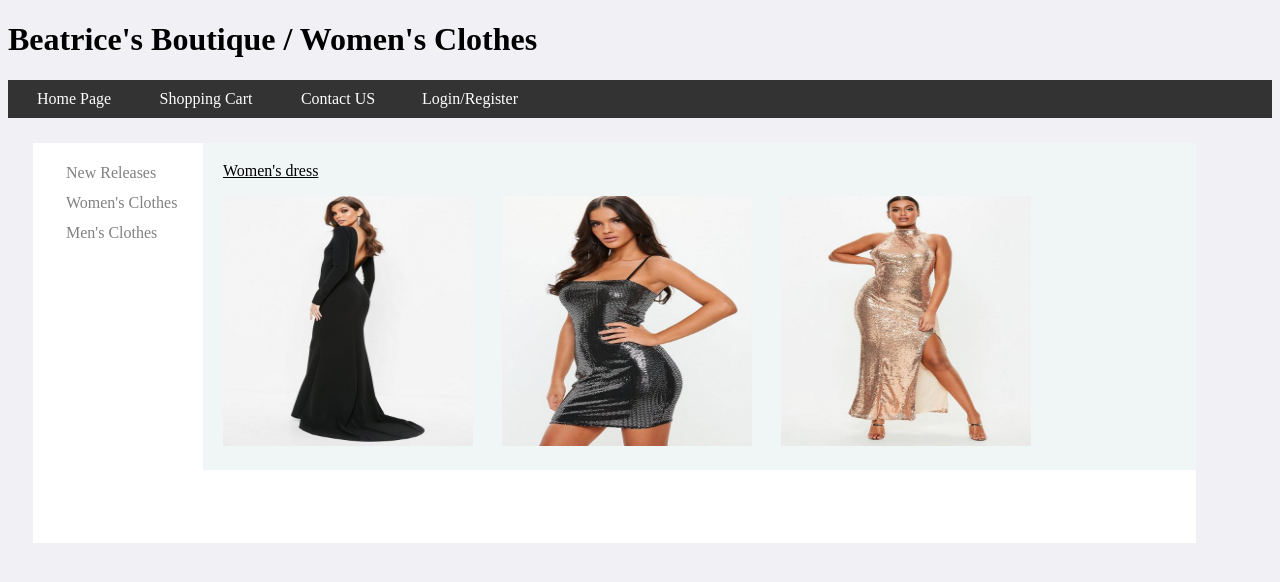
Repository: IosifDobos/Beatrice-Boutique
Page: BeatriceBoutique/Java/WorkSpace/BeatriceBoutique/WebContent/womensClothes.html
These files come from the project's save history. The page is drawn as it stood at one moment and after the next save; the edit follows.
The browser window is 1280 px wide. The pictures show the whole page.

Above is the page before, as saved 2018-12-04 17:12:26.

After the next save:
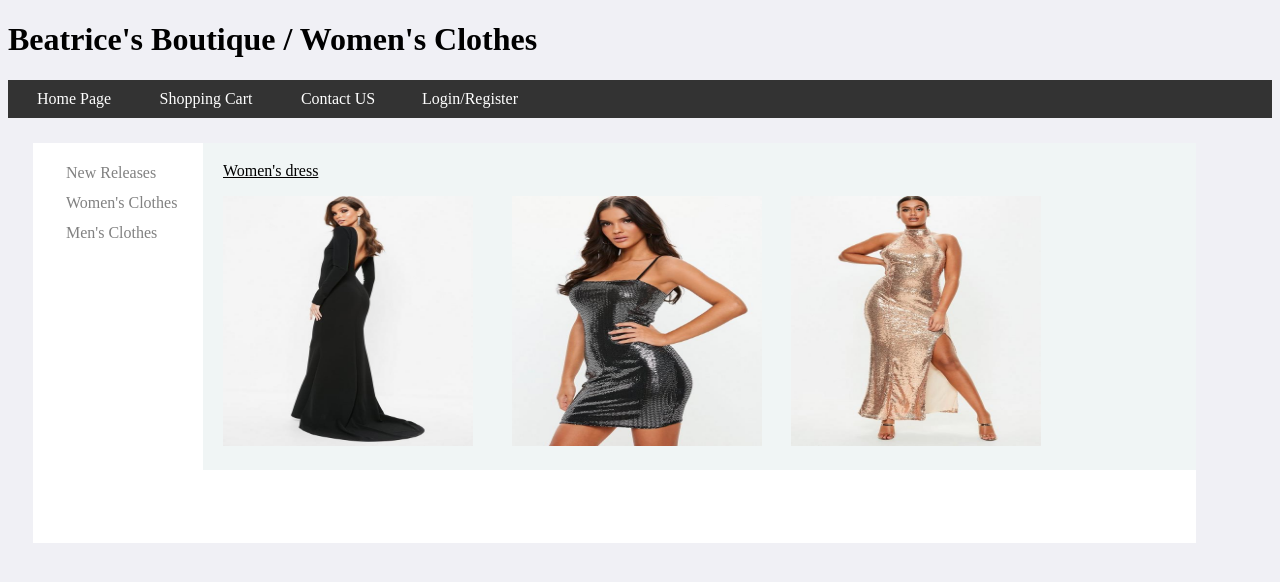
Saved 26 s later.
--- a/BeatriceBoutique/Java/WorkSpace/BeatriceBoutique/WebContent/womensClothes.html
+++ b/BeatriceBoutique/Java/WorkSpace/BeatriceBoutique/WebContent/womensClothes.html
@@ -30,7 +30,7 @@
 
 			<img alt="dress" src="womens-img/black-open-back-maxi-dress.jpg" width="250" height="250">
 
-			<img alt="dress1" src="womens-img/black-sewn-through-disc-bodycon-mini-dress.jpg" width="250" height="250" style="margin-left: 25px;">
+			<img alt="dress1" src="womens-img/black-sewn-through-disc-bodycon-mini-dress.jpg" width="250" height="250" style="margin-left: 35px;">
 
 			<img alt="dress2" src="womens-img/gold-sequin-choker-maxi-dress.jpg" width="250" height="250" style="margin-left: 25px;">
 		</div>
